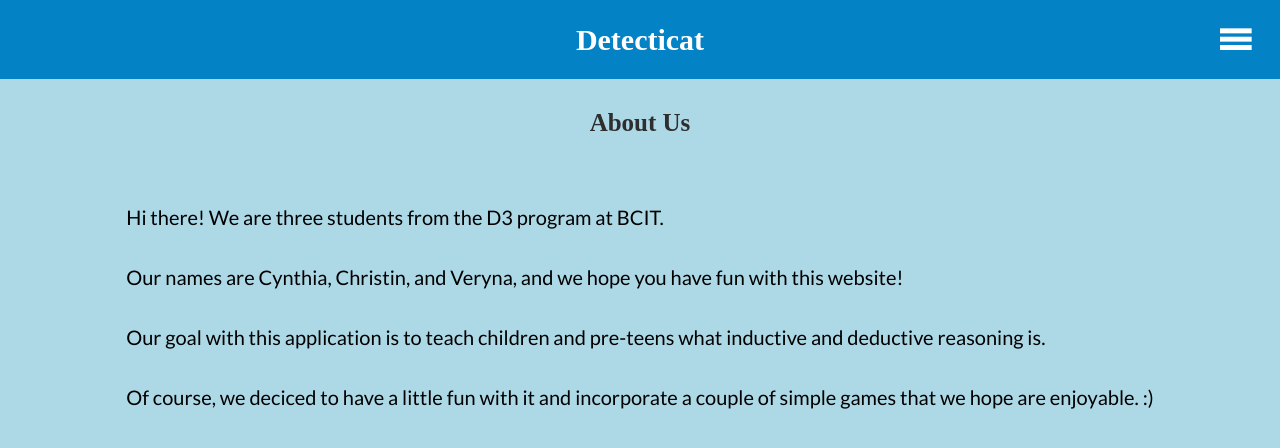
Repository: cynthiahcheng/Detecticat
Page: about page/about-us.html
The author's editor kept a copy of each file at every save. The page is drawn from the files as they stood at one save, then again after the next save.
The browser window is 1280 px wide. The pictures show the whole page.

Above is the page before, as saved 2020-03-14 21:50:57.

After the next save:
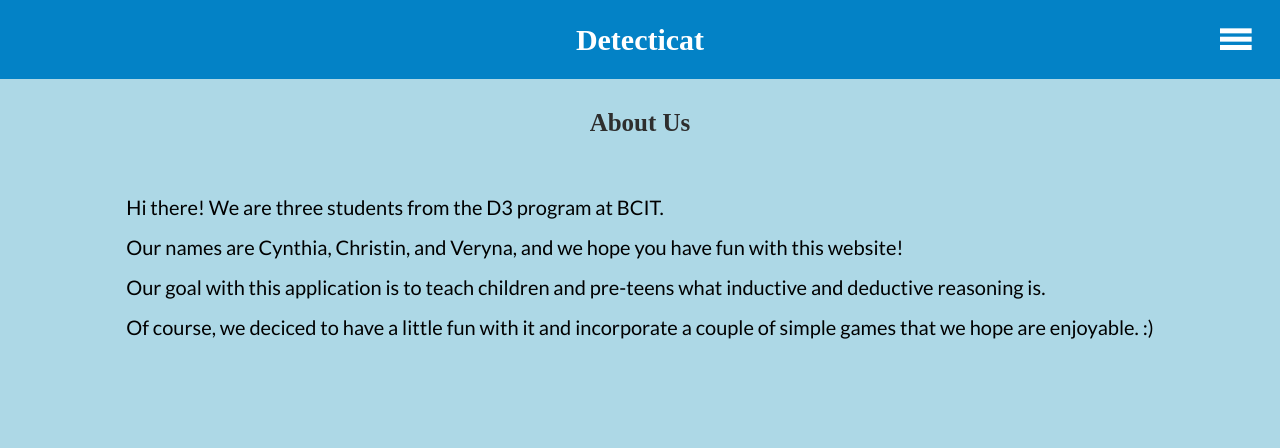
Saved 10 s later.
--- a/about page/about-us.css
+++ b/about page/about-us.css
@@ -89,6 +89,6 @@ body, html {
 .description {
     font-size:20px;
     padding-top:30px;
-    line-height: 3em;
+    line-height: 2em;
     font-family: 'Lato', sans-serif;
 }
